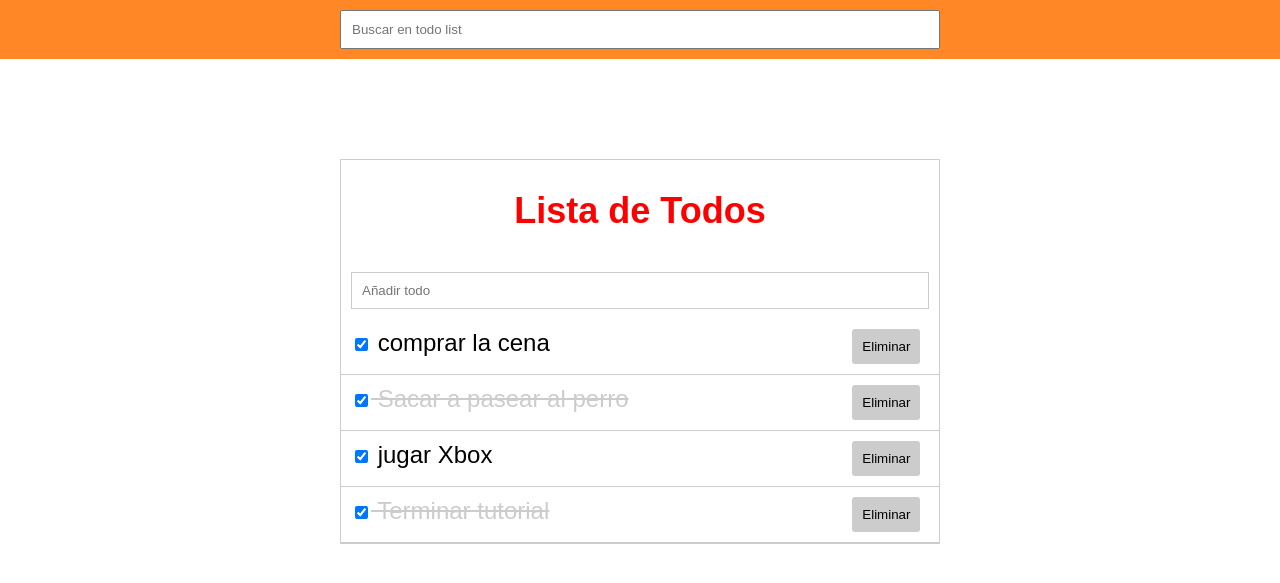
Repository: MauriVaz/Primer-app-con-Vue
Page: /
The author's editor kept a copy of each file at every save. The page is drawn from the files as they stood at one save, then again after the next save.
The browser window is 1280 px wide. The pictures show the whole page.
The project was rebuilt for these pictures with package versions that can differ from the ones it lists, and the page was loaded fresh each time. Also part of the build but not shown: vue.config.js.

Above is the page before, as saved 2022-12-28 22:03:47.

### public/index.html
<!DOCTYPE html>
<html lang="">
  <head>
    <meta charset="utf-8">
    <meta http-equiv="X-UA-Compatible" content="IE=edge">
    <meta name="viewport" content="width=device-width,initial-scale=1.0">
    <link rel="icon" href="<%= BASE_URL %>favicon.ico">
    <title><%= htmlWebpackPlugin.options.title %></title>
  </head>
  <body>
    <noscript>
      <strong>Por favor activa Javascript</strong>
    </noscript>
    <div id="app"></div>
    <!-- built files will be auto injected -->
  </body>
</html>

### src/App.vue
<template>
  <div>
    <div id="header">
      <Search v-on:query-change="querySearch" />
    </div>

    <div id="main-container">
      <h2>Lista de Todos</h2>
      <TodoAdd v-on:add-todo="addTodo"/>
      <Todos v-bind:todoslist="copyTodos" v-on:delete-todo="deleteTodo" />
    </div>
  </div>
</template>

<script>
//import HelloWorld from './components/HelloWorld.vue'
import Search from './components/Search';
import Todos from './components/Todos';
import TodoAdd from './components/TodoAdd';

export default {
  name: 'App',
  components: {
    Todos, TodoAdd, Search
  },
  methods: {
    deleteTodo(id){
      this.todos = this.todos.filter(todo => todo.id != id);
      this.copyTodos = [...this.todos];
    },
    addTodo(todo){
      this.todos.push(todo);
      this.copyTodos = [...this.todos];
    },
    querySearch(query){
      if(query.trim() === ''){
        this.copyTodos = [...this.todos];
      }else{
        const temp = this.todos.filter(todo =>{
          return todo.title.includes(query)
        });

        this.copyTodos = [...temp];
      }
    }
  },
  data(){
    return {
      todos: [
        {
          id: 0,
          title:  'comprar la cena',
          completed: false
        },
        {
         id: 1,
         title: 'Sacar a pasear al perro',
         completed: true
       },
       {
         id: 2,
         title: 'jugar Xbox',
         completed: false
       },
       {
         id: 3,
         title: 'Terminar tutorial',
         completed: true
       }
      ],
      copyTodos: []
    }
  },
  created(){
    this.copyTodos = [...this.todos];
  }
}
</script>

<style>
  *{
    box-sizing: border-box;
  }

  body{
    font-family: Arial, Helvetica, sans-serif;
    font-size: 1.5em;
    padding: 0;
    margin: 0;
  }

  #main-container{
    border: solid 1px #ccc;
    width: 600px;
    margin: 100px auto;
  }

  #header{
    background: rgba(255, 123, 15, .9);
    padding: 10px;
  }

  h2{
    padding: 0 10px;
    text-align: center;
    color:red
  }
</style>

### src/components/Search.vue
<!-- eslint-disable vue/multi-word-component-names -->
<template>
    <div id="search-container">
        <input type="text" placeholder="Buscar en todo list" v-model="query" v-on:input="$emit('query-change', query)">
    </div>
</template>

<script>
export default {
    // eslint-disable-next-line vue/multi-word-component-names
    name: 'Search',
    data(){
        return {
            query: ''
        }
    }
}
</script>

<style scoped>
    #search-container{
        width: 600px;
        margin: 0 auto;
    }

    input{
        padding: 10px;
        width: 100%;
        outline: none;
    }
</style>

### src/components/Todos.vue
<template>
    <div>
        <div v-bind:key="todo.id" v-for="todo in todoslist">
            <TodoItem v-bind:todo="todo" v-on:delete-todo="$emit('delete-todo', todo.id)" />
        </div>
    </div>
</template>

<script>
import TodoItem from './TodoItem';

    export default {
        // eslint-disable-next-line vue/multi-word-component-names
        name: 'Todos',
        props: ['todoslist'],
        components:{TodoItem}
    }
</script>

<style>
</style>

### src/components/TodoAdd.vue
<template>
    <div id="add-container">
        <form @submit="addTodo">
            <input type="text" placeholder="Añadir todo" v-model="title">
        </form>
    </div>
</template>

<script>
import { uuid } from 'vue-uuid';

export default {
    name: 'TodoAdd',
    data(){
        return {
            title: ''
        }
    },
    methods:{
        addTodo(e){
            e.preventDefault();

            const newTodo = {
                id: uuid.v4(),
                title: this.title.charAt(0).toLocaleUpperCase()
                + this.title.toLocaleLowerCase().substring(1, this.title.length),
                completed: false
            };

            this.title = '';
            this.$emit('add-todo', newTodo);
        }
    }
}
</script>

<style scoped>
    #add-container{
        padding: 10px;
    }
    input{
        padding: 10px;
        outline: none;
        border: solid 1px #ccc;
        width: 100%;
    }
</style>

### src/components/TodoItem.vue
<template>
    <div class="todo" v-bind:class="{completed: todo.completed}">
        <div class="todo-body" >
            <input type="checkbox"
                v-bind:checked="todo.completed ? 'checked': ''"
                v-on:change="checkTodo">
            {{todo.title}}
        </div>

        <div class="todo-actions">
            <button @click="$emit('delete-todo', todo.id)">Eliminar</button>
        </div>
    </div>
</template>

<script>
    export default {
        name: 'TodoItem',
        props: ['todo'],
        methods: {
            checkTodo(){
                // eslint-disable-next-line vue/no-mutating-props
                this.todo.completed =! this.todo.completed;
            }
        }
    }
</script>

<style scoped>
    .todo{
        border-bottom: solid 1px #ccc;
        padding: 10px;
    }

    .todo:not(.completed):hover{
        background-color: #eee;
    }

    .completed{
        color: #ccc;
        text-decoration: line-through;
    }
    .completed .todo-body{
        text-decoration: line-through;
    }

    .todo-body, .todo-actions{
        display: inline-block;
        vertical-align: top;
    }

    .todo-body{
        width: 85%;
    }
    .todo-actions{
        padding: 0 10px;
        width: 10%;
    }

    button{
        border: none;
        border-radius: 3px;
        padding: 10px;
        background-color: #ccc;
        color: black;
    }
    button:hover{
        background-color: #da2020;
        color: white;
    }
</style>

Loaded but not shown: src/main.js (common file)

After the next save:
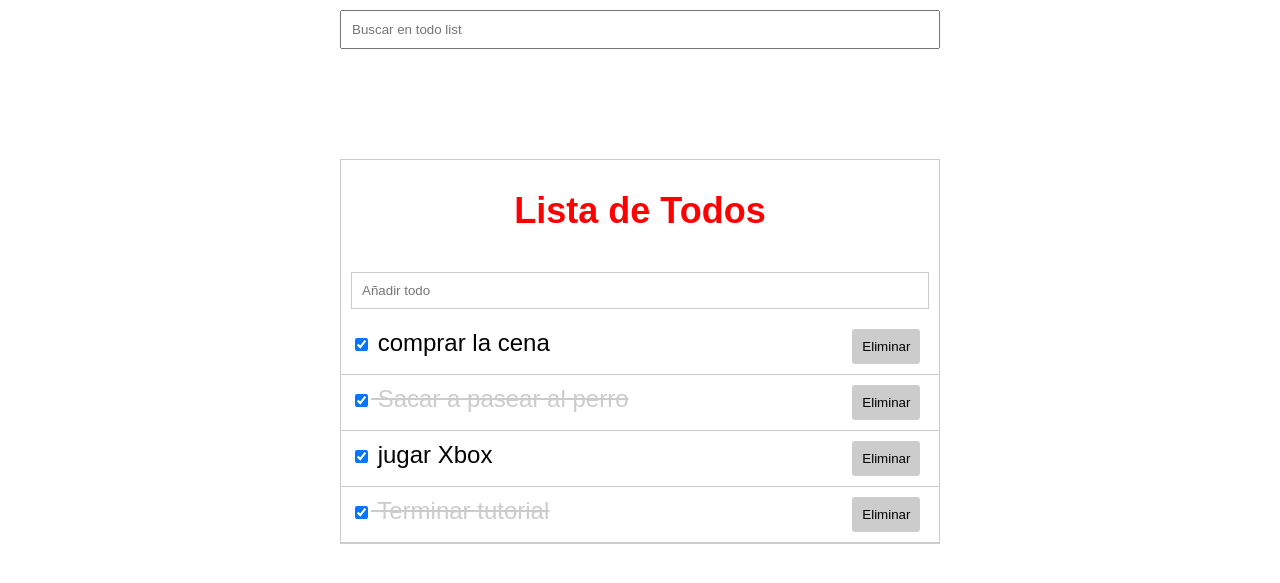
Saved 60 s later.
--- a/src/App.vue
+++ b/src/App.vue
@@ -96,7 +96,7 @@ export default {
   }
 
   #header{
-    background: rgba(255, 123, 15, .9);
+    background: rgba(255, 123, 15, .005);
     padding: 10px;
   }
 
